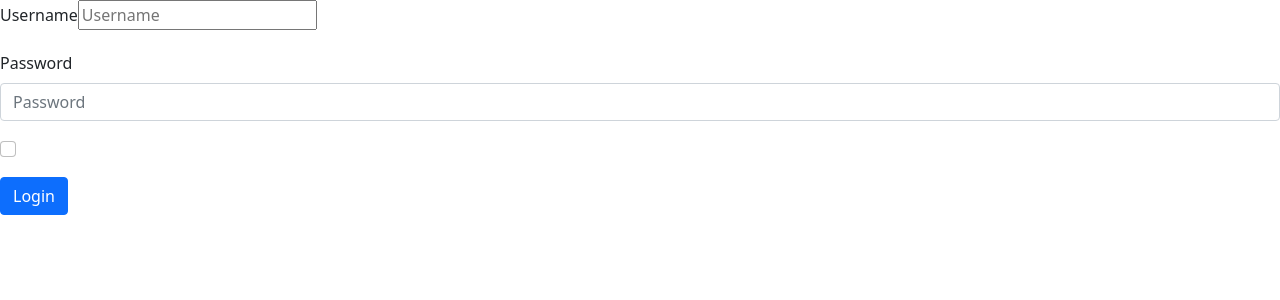
Repository: dilaraozdem1r/BooksApp
Page: /admin/page
The author's editor kept a copy of each file at every save. The page is drawn from the files as they stood at one save, then again after the next save.
The browser window is 1280 px wide. The pictures show the whole page.
The page's requests for data from a server got no answer. The project was rebuilt for these pictures with package versions that can differ from the ones it lists, and the page was loaded fresh each time. No one was signed in, and anything a server would have sent is missing. Also part of the build but not shown: src/Components/BookList.js, src/Components/SearchBar.js.

Above is the page before, as saved 2021-08-20 13:19:47.

### public/index.html
<!DOCTYPE html>
<html lang="en">
  <head>
    <meta charset="utf-8" />
    <link rel="icon" href="%PUBLIC_URL%/favicon.ico" />
    <meta name="viewport" content="width=device-width, initial-scale=1" />
    <meta name="theme-color" content="#000000" />
    <meta
      name="description"
      content="Web site created using create-react-app"
    />
    <link rel="apple-touch-icon" href="%PUBLIC_URL%/logo192.png" />
    <!--
      manifest.json provides metadata used when your web app is installed on a
      user's mobile device or desktop. See https://developers.google.com/web/fundamentals/web-app-manifest/
    -->
    <link rel="manifest" href="%PUBLIC_URL%/manifest.json" />
    <!--
      Notice the use of %PUBLIC_URL% in the tags above.
      It will be replaced with the URL of the `public` folder during the build.
      Only files inside the `public` folder can be referenced from the HTML.

      Unlike "/favicon.ico" or "favicon.ico", "%PUBLIC_URL%/favicon.ico" will
      work correctly both with client-side routing and a non-root public URL.
      Learn how to configure a non-root public URL by running `npm run build`.
    -->
    <link href="https://cdn.jsdelivr.net/npm/bootstrap@5.0.2/dist/css/bootstrap.min.css" rel="stylesheet" integrity="sha384-EVSTQN3/azprG1Anm3QDgpJLIm9Nao0Yz1ztcQTwFspd3yD65VohhpuuCOmLASjC" crossorigin="anonymous">
    <title>Books App</title>
  </head>
  <body>
    <noscript>You need to enable JavaScript to run this app.</noscript>
    <div id="root"></div>
    <!--
      This HTML file is a template.
      If you open it directly in the browser, you will see an empty page.

      You can add webfonts, meta tags, or analytics to this file.
      The build step will place the bundled scripts into the <body> tag.

      To begin the development, run `npm start` or `yarn start`.
      To create a production bundle, use `npm run build` or `yarn build`.
    -->
    <script src="https://cdn.jsdelivr.net/npm/bootstrap@5.0.2/dist/js/bootstrap.bundle.min.js" integrity="sha384-MrcW6ZMFYlzcLA8Nl+NtUVF0sA7MsXsP1UyJoMp4YLEuNSfAP+JcXn/tWtIaxVXM" crossorigin="anonymous"></script>
  </body>
</html>

### src/index.js
import React from 'react'
import ReactDOM from 'react-dom'
import App from './Components/App'

ReactDOM.render(
    <App />,
    document.getElementById('root')

);

### src/Components/App.js
import React from 'react'
import { BrowserRouter as Router, Switch, Route, Link } from "react-router-dom";
import Books from './BookList';
import axios from 'axios'
import SearchBar from './SearchBar'
import Admin from './Admin'

class App extends React.Component {
  state = {
    books: [],
    searchQuery:""
  }

  async componentDidMount() {
    this.getBooks();

  }
  async getBooks() {
    const response = await axios.get(" http://localhost:3004/books");

    this.setState({ books: response.data })

  }
  searchMovie=(event)=>{
    this.setState({
      searchQuery:event.target.value
    })

  }

  render() {

    let filteredBooks=this.state.books.filter(
      (book)=>{
        return book.name.toLowerCase().indexOf(this.state.searchQuery.toLowerCase()) !== -1 }
    ).sort((a,b)=>{
      return a.id < b.id ? 1 : a.id > b.id ? -1 : 0 ;
    });



    return (
      <Router>
      <Switch>
      <Route path="/" exact render={() => (
            <React.Fragment>
      <div>
        <nav className="navbar navbar-light bg-light">
            <div className="container-fluid">
            <a class="navbar-brand">
          <img src="https://encrypted-tbn0.gstatic.com/images?q=tbn:ANd9GcRZ-o86obF-UTdLqsqqiUM6O82URx7R52fXlw&usqp=CAU" alt="" width="50" height="40" class="d-inline-block align-text-top"/>
          </a>

            <SearchBar search={this.searchMovie} />
            <div className="col ol-md-5">
                        <Link
                            to="/admin"
                            type="button"
                            className="btn btn-danger"
                            style={{ float: 'right' }}
                        >Admin Login</Link>
                    </div>

            </div>
          </nav>
      </div>
    <div>
              <Books books={filteredBooks} />
          </div>

    </React.Fragment> )}>
    </Route>

    <Route path="/admin" render={({ history }) => (
            <Admin  />
          )}>
          </Route>
    <div>
      <button class="navbar-toggler" type="button" data-bs-toggle="collapse" data-bs-target="#navbarSupportedContent" aria-controls="navbarSupportedContent" aria-expanded="false" aria-label="Toggle navigation">Admin Login</button>
    </div>












      </Switch>
      </Router>
        );
}
}
        export default App;

### src/Components/Admin.js
import React from 'react';
import { BrowserRouter as Router, Switch, Route, Link } from "react-router-dom";
class Admin extends React.Component {

    render() {
        return (
            <Router>
                <Switch>
                    <form>
                        <div class="mb-3">
                            <label for="exampleInputEmail1" class="form-label">Username</label>
                            <input type="text" className="col-xs-4" placeholder="Username" aria-label="First name"/>

                        </div>
                            <div className="mb-3">
                                <label for="exampleInputPassword1" className="form-label">Password</label>
                                <input type="password" className="form-control" placeholder="Password" aria-label="Last name"/>
                            </div>
                                <div className="mb-3 form-check">
                                    <input type="checkbox" className="form-check-input" id="exampleCheck1"/>
                                </div>
                                    <button type="submit" className="btn btn-primary">Login</button>
                    </form>
                </Switch>
        </Router>

                        )
    }

}
export default Admin;

After the next save:
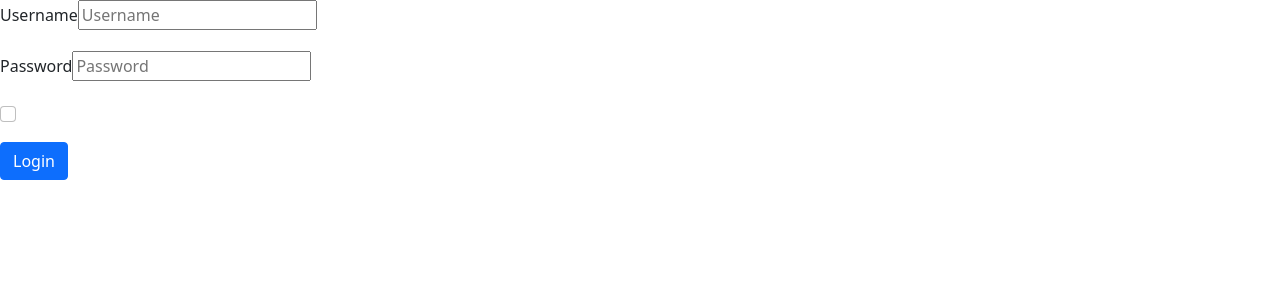
Saved 11 s later.
--- a/src/Components/Admin.js
+++ b/src/Components/Admin.js
@@ -14,7 +14,7 @@ class Admin extends React.Component {
                         </div>
                             <div className="mb-3">
                                 <label for="exampleInputPassword1" className="form-label">Password</label>
-                                <input type="password" className="form-control" placeholder="Password" aria-label="Last name"/>
+                                <input type="password" className="col-xs-4" placeholder="Password" aria-label="Last name"/>
                             </div>
                                 <div className="mb-3 form-check">
                                     <input type="checkbox" className="form-check-input" id="exampleCheck1"/>
